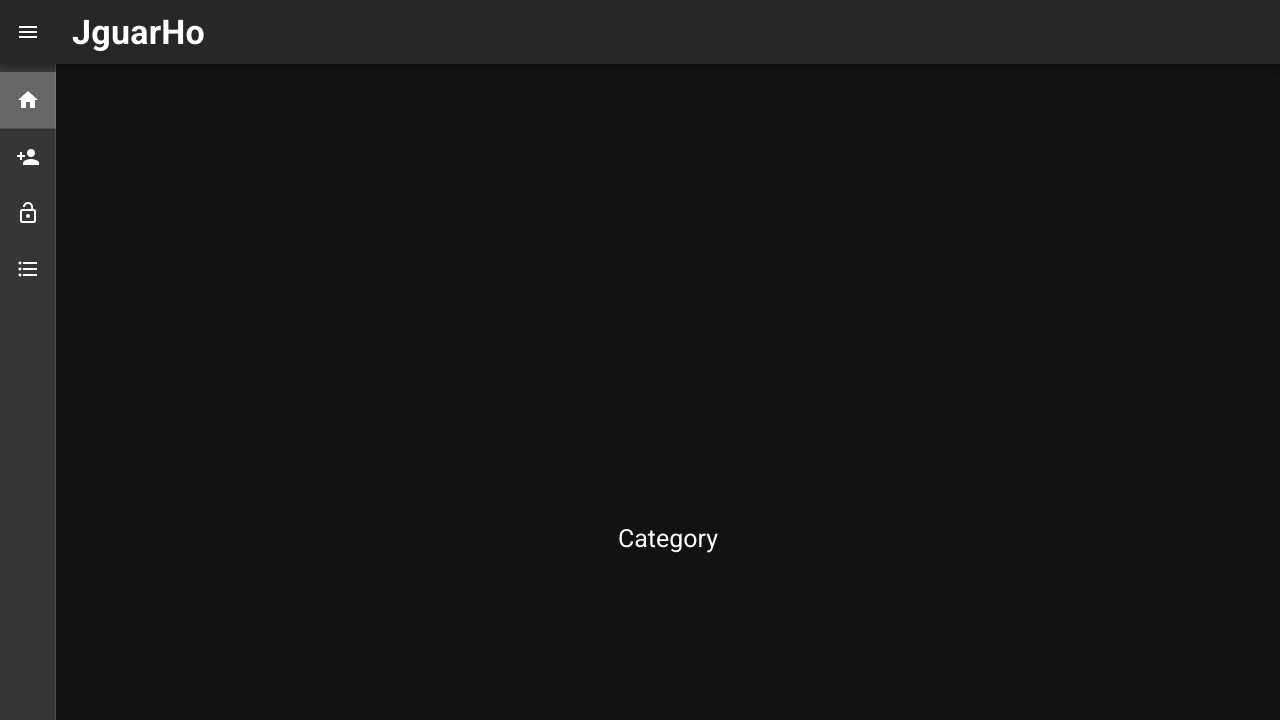
Repository: agent501/MRMS
Page: /
The author's editor kept a copy of each file at every save. The page is drawn from the files as they stood at one save, then again after the next save.
The browser window is 1280 px wide. The pictures show the whole page.
The page's requests for data from a server got no answer. The project was rebuilt for these pictures with package versions that can differ from the ones it lists, and the page was loaded fresh each time. No one was signed in, and anything a server would have sent is missing. Also part of the build but not shown: vue.config.js, src/components/Product/products.vue, src/components/Product/product.vue, src/components/Product/createproduct.vue, src/components/User/signin.vue, src/components/User/signup.vue, src/components/User/profile.vue, src/components/Shared/Alert.vue and 2 more. Imported but missing from the stored project, and not drawn on this page: src/router/auth-guard.js.

Above is the page before, as saved 2020-07-29 16:52:40.

After the next save:
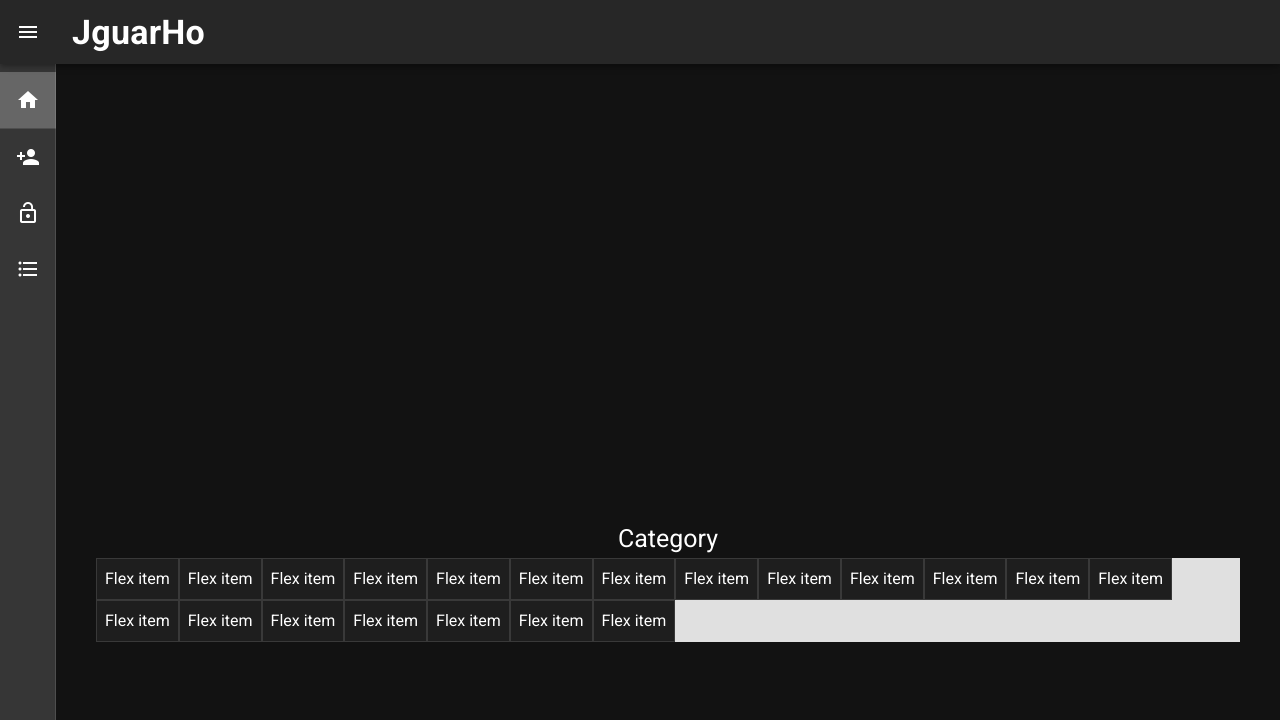
Saved 6 days later.
--- a/src/components/Home.vue
+++ b/src/components/Home.vue
@@ -35,6 +35,11 @@
 
     <div>
       <div class="mt-10 text-center" style="font-size:25px">Category</div>
+      <div>
+        <v-card class="d-flex flex-wrap" color="grey lighten-2" flat tile>
+          <v-card v-for="n in 20" :key="n" class="pa-2" outlined tile>Flex item</v-card>
+        </v-card>
+      </div>
     </div>
   </div>
 </template>
